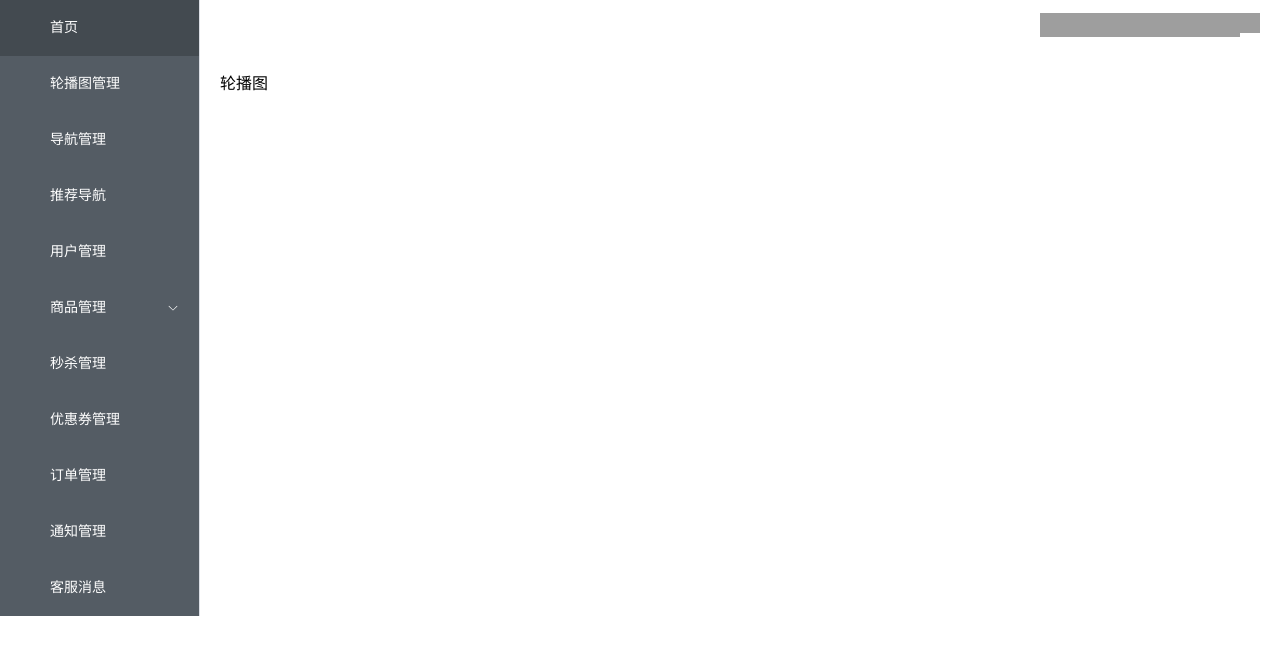
Repository: xinwuhao/CCG
Page: /swiper
An editor plug-in stored every save of this project. The page is shown before and after a run of saves, followed by the edit.
The browser window is 1280 px wide. The pictures show the whole page.
Pictures or frames that could not be fetched are drawn as grey boxes. The project was rebuilt for these pictures with package versions that can differ from the ones it lists, and the page was loaded fresh each time. Also part of the build but not shown: vite.config.ts.

Above is the page before, as saved 2021-09-22 13:51:38.

### src/main.ts
import { createApp } from 'vue'
import App from "./App.vue";
import router from "./router"
import ElementPlus from 'element-plus'
import 'element-plus/dist/index.css'
import * as Icons from '@element-plus/icons'
import { toLine } from './utils/index'

const app = createApp(App)

for (let i in Icons) {
    app.component(`el-icon${toLine(i)}`, (Icons as any)[i])
}

app.use(router)
app.use(ElementPlus)
app.mount('#app')

### src/App.vue
<template>
  <div>
    <router-view></router-view>
  </div>
</template>

<script setup lang="ts">
</script>

<style lang='scss'>
@import "./scssbox.scss";
</style>

### src/router/index.ts
import { createRouter, createWebHistory, RouteRecordRaw } from 'vue-router'
// import Home from '../views/homepage/homepage.vue'
import Layout from '../views/layout/Layout.vue'

const routes: Array<RouteRecordRaw> = [
  {
    path: '/login',
    name: 'Logon',
    component: () => import('../views/login/Login.vue'),
    meta: {
      title: '登录'
    }
  },
  {
    path: '/',
    component: Layout,
    // 子路由: children
    children: [
      {
        path: '/',
        name: '/',
        component: () => import('../views/homepage/homepage.vue'),
        meta: {
          title: '首页',
          meta: '/homepage'
        }
      },
      {
        path: '/discount',
        name: 'discount',
        component: () => import('../views/discount/discount.vue'),
        meta: {
          title: '优惠券管理',
          meta: '/discount'
        }
      },
      {
        path: '/navigation',
        name: 'navigation',
        component: () => import('../views/navigation/navigation.vue'),
        meta: {
          title: '导航管理',
          meta: '/navigation'
        }
      },
      {
        path: '/swiper',
        name: 'swiper',
        component: () => import('../views/swiper/swiper.vue'),
        meta: {
          title: '轮播图管理',
          meta: '/swiper'
        }
      },
      {
        path: '/recommend',
        name: 'recommend',
        component: () => import('../views/recommend/recommend.vue'),
        meta: {
          title: '推荐导航',
          meta: '/recommend'
        }
      },
      {
        path: '/user',
        name: 'user',
        component: () => import('../views/user/user.vue'),
        meta: {
          title: '用户管理',
          meta: '/user'
        }
      },
      {
        path: '/addgoods',
        name: 'addgoods',
        component: () => import('../views/goods/addgoods.vue'),
        meta: {
          title: '添加商品',
          meta: '/addgoods'
        }
      },
      {
        path: '/sortgoods',
        name: 'sortgoods',
        component: () => import('../views/goods/sortgoods.vue'),
        meta: {
          title: '商品分类',
          meta: '/sortgoods'
        }
      },
      {
        path: '/modelgoods',
        name: 'modelgoods',
        component: () => import('../views/goods/modelgoods.vue'),
        meta: {
          title: '商品模型',
          meta: '/modelgoods'
        }
      },
      {
        path: '/specsgoods',
        name: 'specsgoods',
        component: () => import('../views/goods/specsgoods.vue'),
        meta: {
          title: '商品规格',
          meta: '/specsgoods'
        }
      },
      {
        path: '/parametergoods',
        name: 'parametergoods',
        component: () => import('../views/goods/parametergoods.vue'),
        meta: {
          title: '商品参数',
          meta: '/parametergoods'
        }
      },
      {
        path: '/specifications',
        name: 'specifications',
        component: () => import('../views/goods/specifications.vue'),
        meta: {
          title: '规格参数',
          meta: '/specifications'
        }
      },
      {
        path: '/seckill',
        name: 'seckill',
        component: () => import('../views/seckill/seckill.vue'),
        meta: {
          title: '秒杀管理',
          meta: '/seckill'
        }
      },
      {
        path: '/order',
        name: 'order',
        component: () => import('../views/order/order.vue'),
        meta: {
          title: '订单管理',
          meta: '/order'
        }
      },
      {
        path: '/notice',
        name: 'notice',
        component: () => import('../views/notice/notice.vue'),
        meta: {
          title: '通知管理',
          meta: '/notice'
        }
      },
      {
        path: '/news',
        name: 'news',
        component: () => import('../views/news/news.vue'),
        meta: {
          title: '客服消息',
          meta: '/news'
        }
      },
    ]
  }
]

const router = createRouter({
  history: createWebHistory(),
  routes
})

router.beforeEach((to, from, next) => {
  document.title = to.meta.title as string
  next()
})

export default router

### src/utils/index.ts
export const toLine = (str: string) => {
  return str.replace(/([A-Z])/g, "-$1").toLowerCase()
}

### src/scssbox.scss
* {
    margin: 0;
    padding: 0;
}

html,
body,
#app,
.el-container,
.el-menu {
    height: 100%;
}

### src/views/layout/Layout.vue
<template>
  <el-container>
    <el-aside width="auto">
      <nav-left :isCollapse='isCollapse'></nav-left>
    </el-aside>
    <el-container>
     <el-header>
        <nav-header v-model:isCollapse='isCollapse'></nav-header>
     </el-header>
      <el-main>
        <router-view></router-view>
      </el-main>
    </el-container>
  </el-container>
</template>

<script setup lang="ts">
import { ref, reactive } from 'vue'
import NavHeader from  '../../components/navHeader/NavHeader.vue'
import NavLeft from  '../../components/navLeft/NavLeft.vue'

interface Data {
  name: string,
  age: number
}

let isCollapse = ref<boolean>(false)
let data = reactive<Data>({
  name: 'jack',
  age: 20
})
</script>

<style scoped lang="scss">
.el-header {
  height: 50px;
  padding: 0;
}
</style>

### src/views/swiper/swiper.vue
<template>
  <div>轮播图</div>
</template>

<script setup lang="ts">
import { ref } from "vue";
</script>

<style scoped>
</style>

### src/components/navHeader/NavHeader.vue
<template>
  <div class="header">
    <div @click="toggle" class="cent">
      <el-icon-expand v-if="isCollapse"></el-icon-expand>
      <el-icon-fold v-else></el-icon-fold>
      <div class="cenn">
        <iframe
          width="200"
          height="24"
          frameborder="0"
          scrolling="no"
          hspace="0"
          src="https://i.tianqi.com/?c=code&id=11"
        ></iframe>
        <div>
          <img
            src="https://img0.baidu.com/it/u=3730772664,138405132&fm=26&fmt=auto"
            class="img"
          />
        </div>
      </div>
    </div>
  </div>
</template>

<script lang='ts' setup>
import { ref } from "vue";
import { Fold, Expand } from "@element-plus/icons";

let props = defineProps({
  isCollapse: {
    type: Boolean,
    default: false,
  },
});
let emits = defineEmits(["update:isCollapse"]);
let toggle = () => {
  emits("update:isCollapse", !props.isCollapse);
};
</script>

<style lang='scss' scoped>
svg {
  width: 20px;
  height: 20px;
}
.header {
  height: 50px;
  display: flex;
  align-items: center;
  padding: 0 20px;
}
.cent {
  display: flex;
  width: 100%;
}
.cenn {
  display: flex;
  justify-content: flex-end;
  width: 100%;
}
.img {
  width: 20px;
  height: 20px;
}
</style>

### src/components/navLeft/NavLeft.vue
<template>
  <el-menu
    :uniqueOpened="true"
    default-active="1"
    class="el-menu"
    background-color="#545c64"
    text-color="#fff"
    active-text-color="#ffd04b"
    :collapse="isCollapse"
    :router="true"
  >
    <template v-for="(item, index) in arr" :key="index">
      <el-menu-item :index="item.path" v-if="item.name !== '商品管理'">
        <component :is="item.i" class="iconbox"></component>
        <template #title>{{ item.name }}</template>
      </el-menu-item>
      <el-sub-menu :index="item.path" v-else>
        <template #title>
          <component :is="item.i" class="iconbox"></component>
          <span>{{ item.name }}</span>
        </template>
        <template v-for="(item1, index1) in arr1" :key="index1">
          <el-menu-item :index="item1.path">
            <component :is="item1.i" class="iconbox"></component>
            <span> {{ item1.name }}</span>
          </el-menu-item>
        </template>
      </el-sub-menu>
    </template>
  </el-menu>
</template>

<script lang='ts' setup>
import { ref } from "vue";
let arr = ref<any>([
  { name: "首页", i: "el-icon-house", path: "/" },
  { name: "轮播图管理", i: "el-icon-help", path: "/swiper" },
  { name: "导航管理", i: "el-icon-data-line", path: "/navigation" },
  { name: "推荐导航", i: "el-icon-document-copy", path: "/recommend" },
  { name: "用户管理", i: "el-icon-user", path: "/user" },
  { name: "商品管理", i: "el-icon-paperclip", path: "" },
  { name: "秒杀管理", i: "el-icon-reading", path: "/seckill" },
  { name: "优惠券管理", i: "el-icon-coin", path: "/discount" },
  { name: "订单管理", i: "el-icon-set-up", path: "/order" },
  { name: "通知管理", i: "el-icon-microphone", path: "/notice" },
  { name: "客服消息", i: "el-icon-chat-line-round", path: "/news" },
]);
let arr1 = ref<any>([
  { name: "添加商品", i: "el-icon-document-add", path: "/addgoods" },
  { name: "商品分类", i: "el-icon-tickets", path: "/sortgoods" },
  { name: "商品模型", i: "el-icon-set-up", path: "/modelgoods" },
  { name: "商品参数", i: "el-icon-cpu", path: "/parametergoods" },
  { name: "规格参数", i: "el-icon-takeaway-box", path: "/specifications" },
]);
let props = defineProps({
  isCollapse: {
    type: Boolean,
    default: false,
  },
});
</script>

<style lang='scss' scoped>
.el-menu:not(.el-menu--collapse) {
  width: 200px;
}
.iconbox {
  width: 20px;
  height: 20px;
  margin-right: 10px;
}
</style>

Loaded but not shown: index.html (common file)

After the next 2 saves:
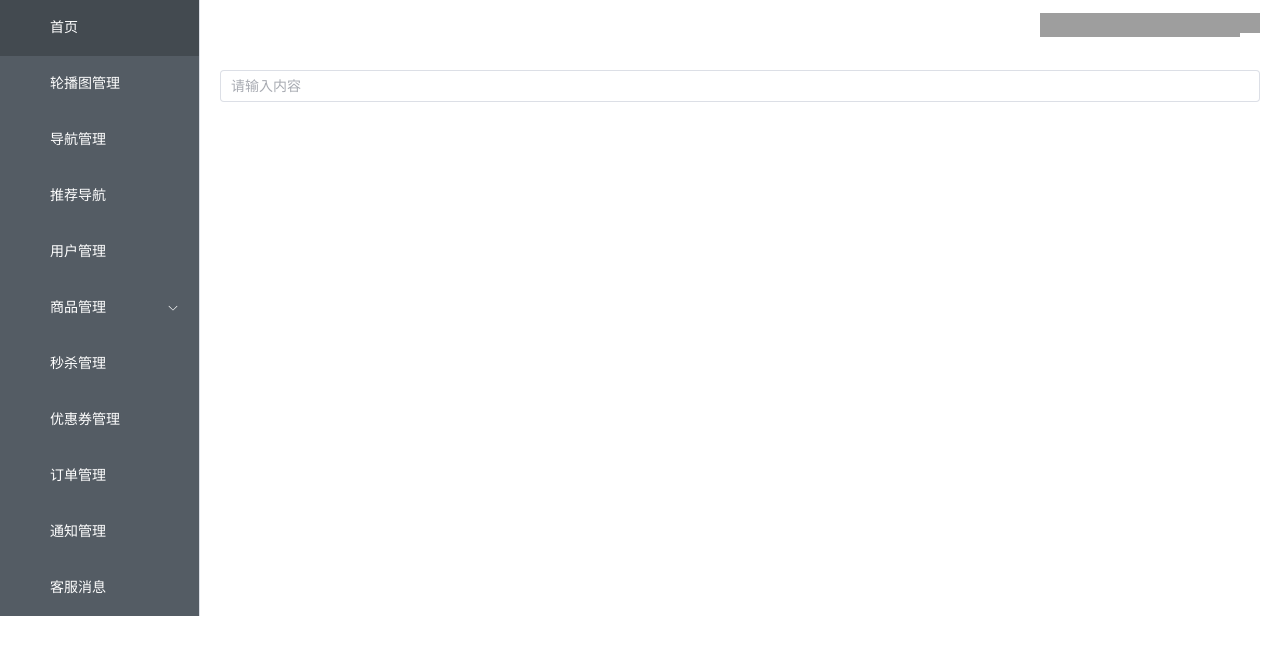
The 2 saves are shown as one change because they came seconds apart.
The last was saved 3 min 31 s later.
--- a/src/views/swiper/swiper.vue
+++ b/src/views/swiper/swiper.vue
@@ -1,5 +1,9 @@
 <template>
-  <div>轮播图</div>
+  <div>
+    <div>
+      <el-input placeholder="请输入内容" v-model="input" clearable> </el-input>
+    </div>
+  </div>
 </template>
 
 <script setup lang="ts">
